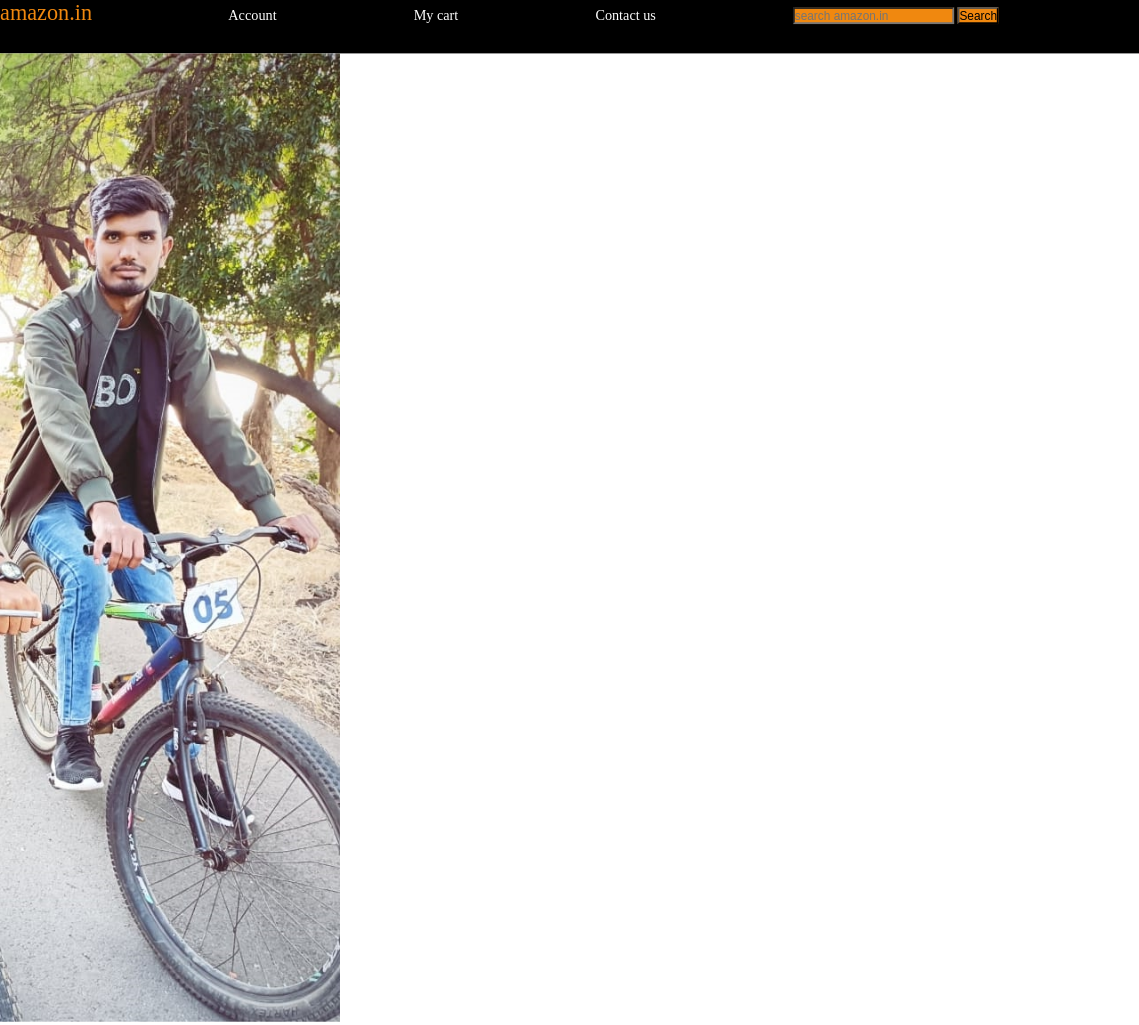
Repository: arvindkumarrathour6/Java_Code
Page: http://localhost/AmazonJSP/
These files come from the project's save history. The page is drawn as it stood at one moment and after the next save; the edit follows.
The browser window is 1280 px wide. The pictures show the whole page, at 89% of full size.
The page is served by Tomcat 9.

Above is the page before, as saved 2023-12-30 06:00:22.

After the next save:
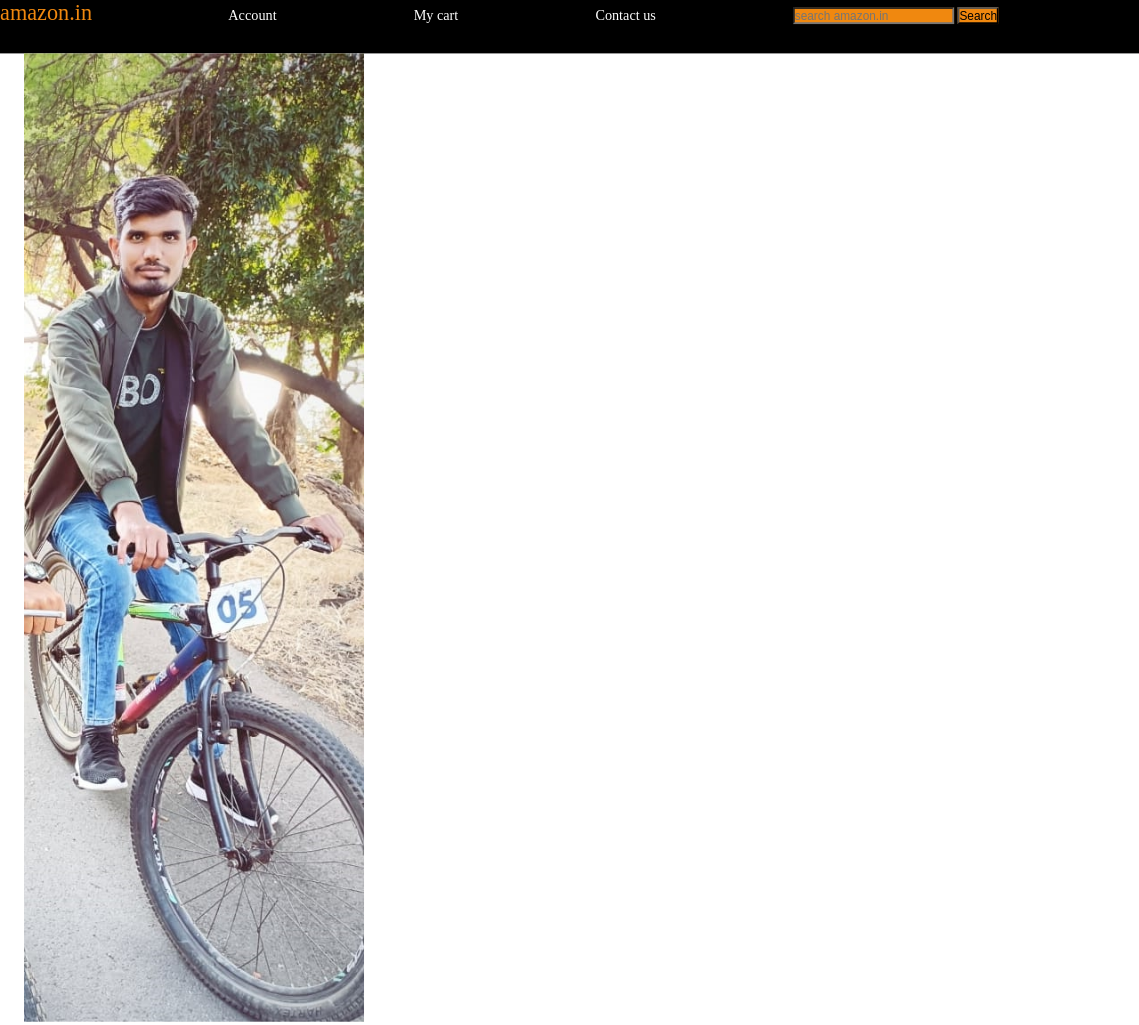
Saved 76 s later.
--- a/AmazonJSP/src/main/webapp/index.html
+++ b/AmazonJSP/src/main/webapp/index.html
@@ -16,6 +16,10 @@
          <input type="submit" value="Search">
     </div>
 
+
+
+
+<div>fjdf
 </form>
  <img src="/AmazonJSP/src/main/webapp/p/aj.jpeg" >
  </body>
